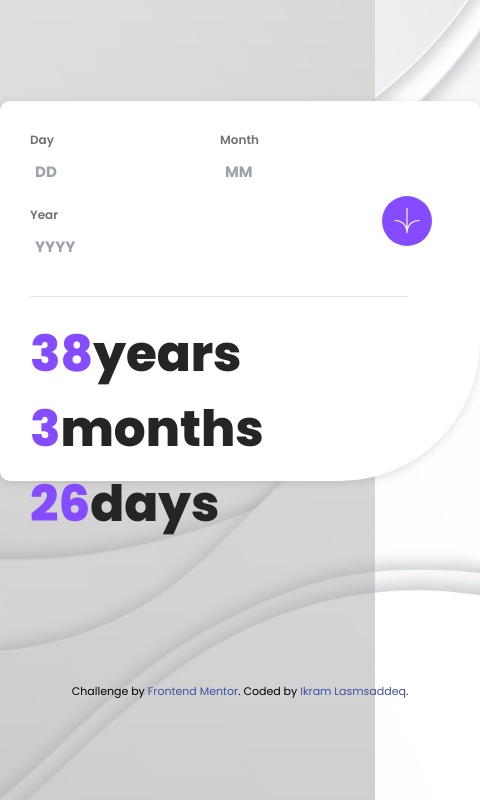
Repository: ikram-lisa/age-display
Page: /
An editor plug-in stored every save of this project. The page is shown before and after the next save, followed by the edit.
The browser window is 375 px wide. The page is 480 px wide, then 375 px, so the pictures cover 480 px, including what lies to the right of the window. The pictures show the whole page.
Some web libraries are served in a nearby version. The project was rebuilt for these pictures with package versions that can differ from the ones it lists, and the page was loaded fresh each time.

Above is the page before, as saved 2024-05-01 00:53:40.

After the next save:
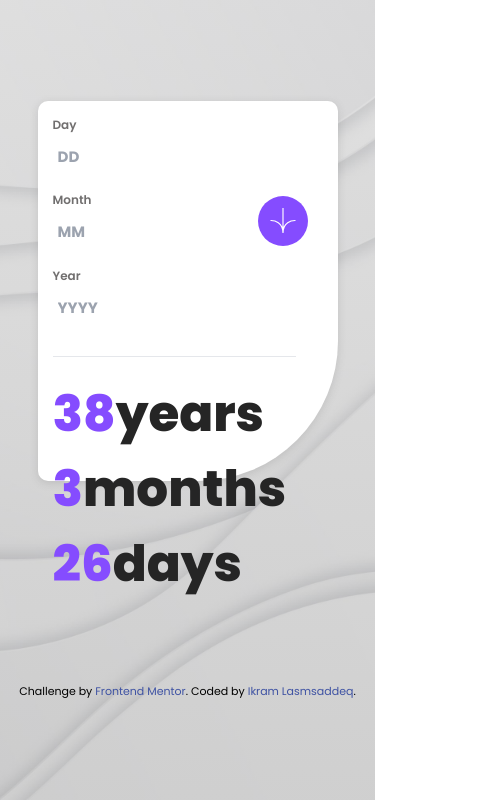
Saved 2 min 48 s later.
--- a/css/style.scss
+++ b/css/style.scss
@@ -110,11 +110,25 @@ body {
 }
 
 @media (max-width: 530px) {
+  body {
+    font-size: 24px; // Smaller font size for smaller devices
+  }
+  .calculator {
+    padding: 15px; // Less padding for tighter spaces
+  }
+  .submit {
+    top: 20%; // Adjusting position to fit smaller screens
+    right: 5%; // More margin space
+  }
 }
 @media (max-width: 375px) {
 }
 
 @media (max-width: 768px) {
+  .calculator {
+    width: 80%; // Increasing width on smaller screens
+    min-width: 300px; // Adjusted min-width
+  }
 }
 @media (max-width: 1440px) {
 }
